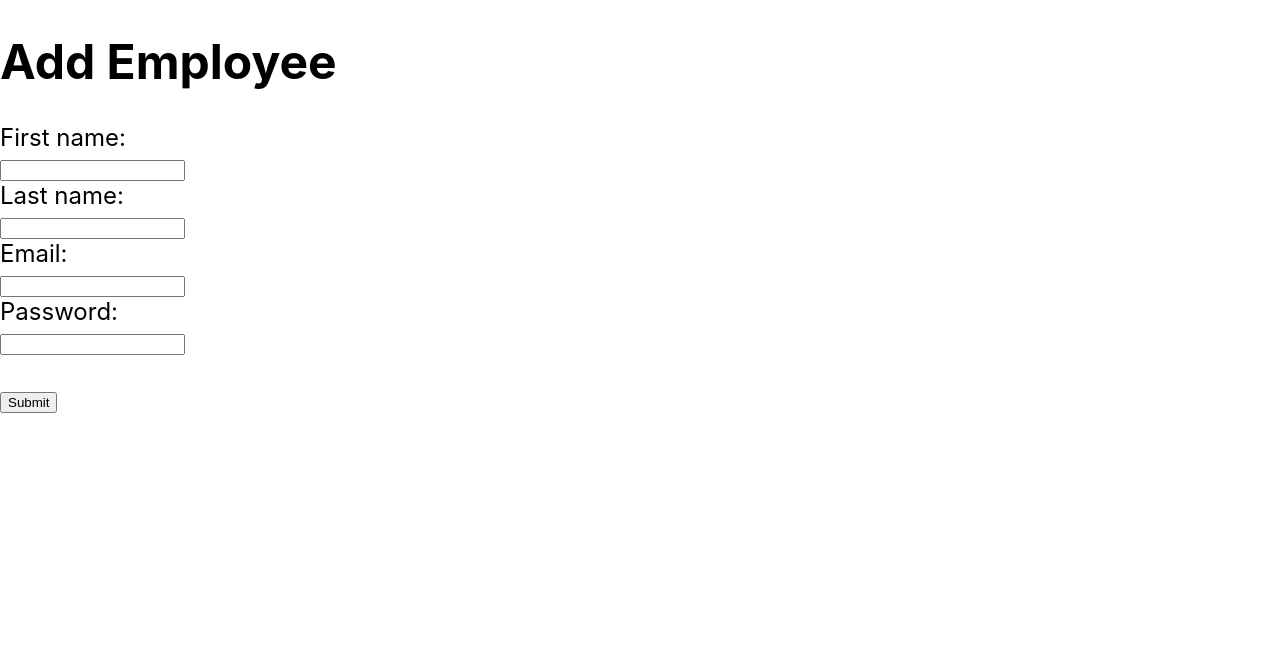
Repository: Biniyamkb/Evangadi-forum
Page: /addemployee (app in demoapp/frontend/)
The author's editor kept a copy of each file at every save. The page is drawn from the files as they stood at one save, then again after a run of saves.
The browser window is 1280 px wide. The pictures show the whole page.
The project was rebuilt for these pictures with package versions that can differ from the ones it lists, and the page was loaded fresh each time. Also part of the build but not shown: demoapp/frontend/src/Pages/Home.js, demoapp/frontend/src/Pages/Login.js.

Above is the page before, as saved 2025-05-04 22:10:35.

After the next 9 saves:
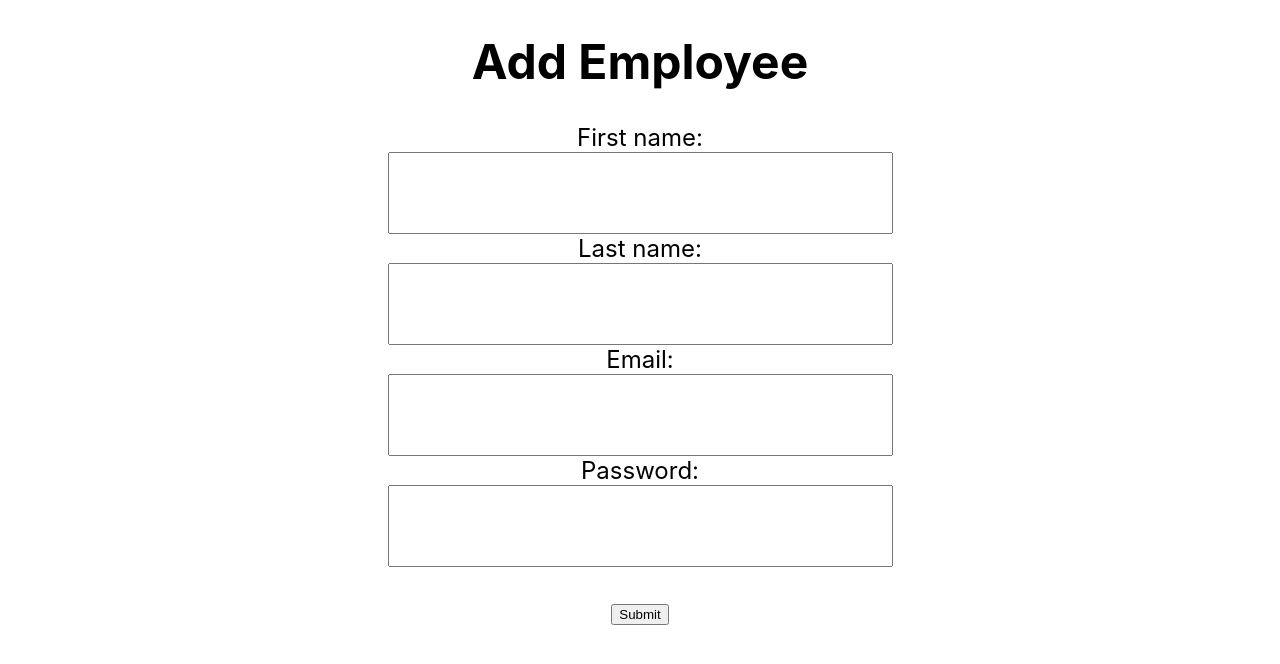
The 9 saves are shown as one change because they came seconds apart.
The last was saved 32 s later.
--- a/demoapp/frontend/src/App.css
+++ b/demoapp/frontend/src/App.css
@@ -1,4 +1,8 @@
 body{
   font-size: 1.5em;
-
+  text-align: center;
 }
+input{
+  font-size: 1.5em;
+  padding: 0.5em;
+}
